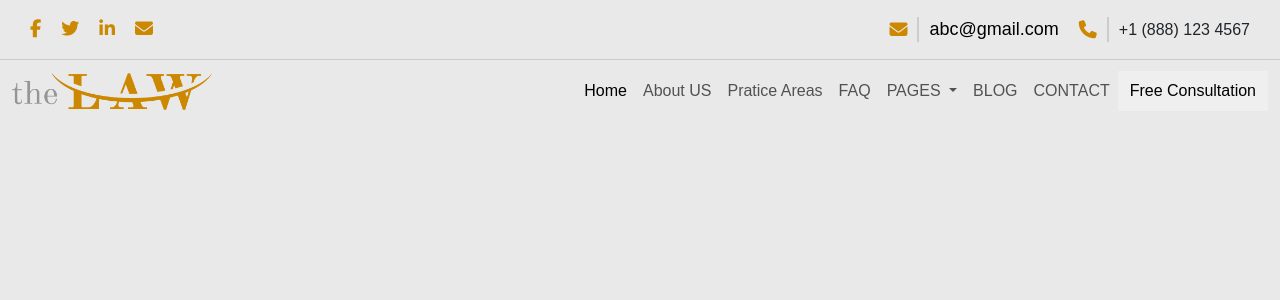
Repository: arehmanraza/lawyer_website
Page: Pages/index.html
An editor plug-in stored every save of this project. The page is shown before and after a run of saves, followed by the edit.
The browser window is 1280 px wide. The pictures show the whole page.
Some web libraries are served in a nearby version.

Above is the page before, as saved 2024-05-22 01:49:37.

After the next 3 saves:
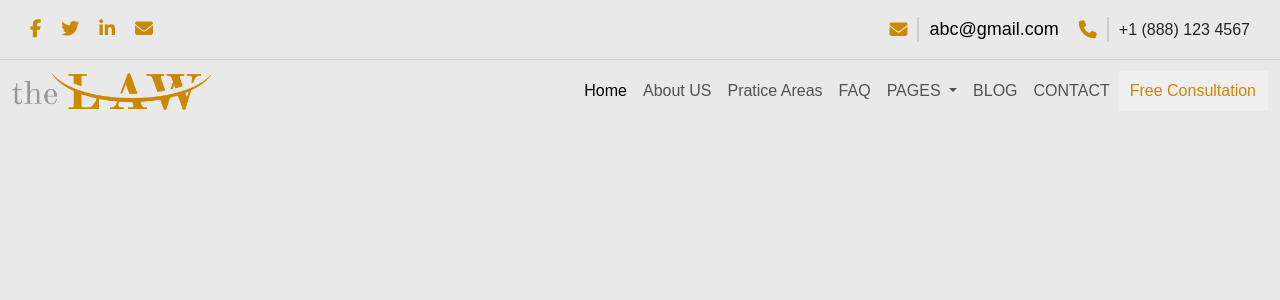
The 3 saves are shown as one change because they came seconds apart.
The last was saved 9 s later.
--- a/Styling/style.css
+++ b/Styling/style.css
@@ -71,5 +71,5 @@
 .btns1{
     padding: 8px 12px;
     border: none;
-
+    color: #cc8800;
 }
